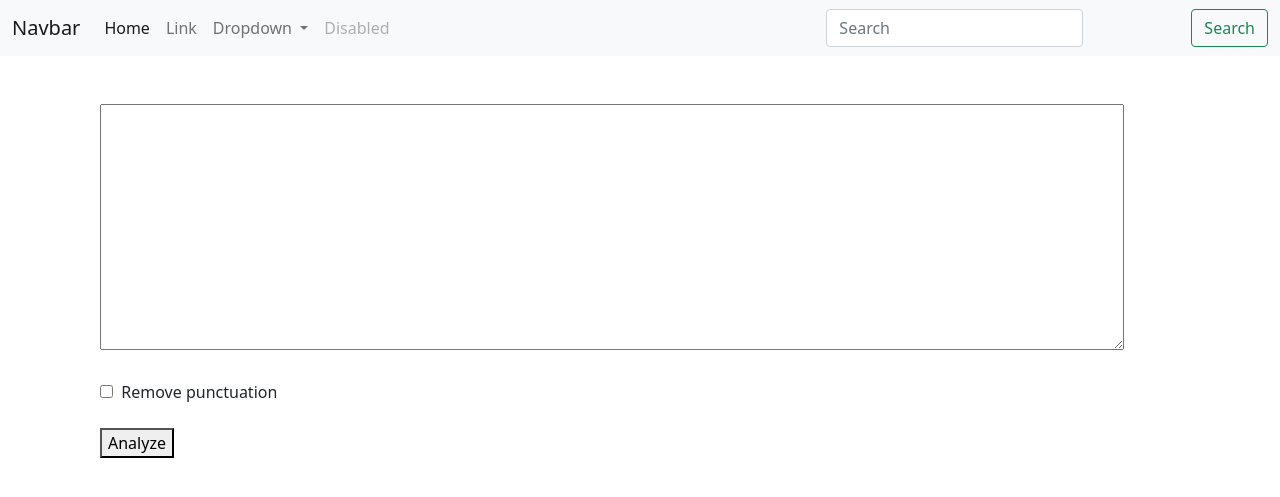
Repository: thenameisshreyank/Textutility
Page: templates/index.html
The author's editor kept a copy of each file at every save. The page is drawn from the files as they stood at one save, then again after the next save.
The browser window is 1280 px wide. The pictures show the whole page.

Above is the page before, as saved 2022-04-12 09:02:31.

After the next save:
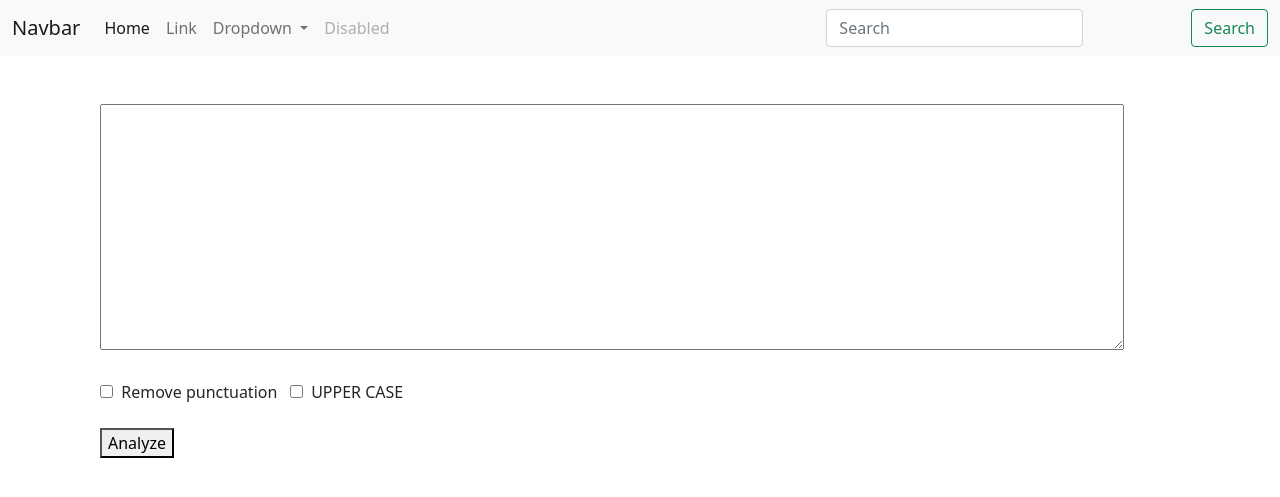
Saved 2 days later.
--- a/templates/index.html
+++ b/templates/index.html
@@ -63,7 +63,8 @@
       </nav><br><br>
       <form action="analyze" method="get">
         <textarea name="text" id="text" cols="30" rows="10"></textarea><br><br>
-        <input type="checkbox" id="rf" name="rf" value="true">&nbsp;&nbsp;Remove punctuation
+        <input type="checkbox" id="rf" name="rf" value="true">&nbsp;&nbsp;Remove punctuation&nbsp;&nbsp;
+        <input type="checkbox" id="upper" name="upper" value="true">&nbsp;&nbsp;UPPER CASE&nbsp;&nbsp;
         <br><br><button type="submit" id="analyze">Analyze</button>
       </form>
 </body>
